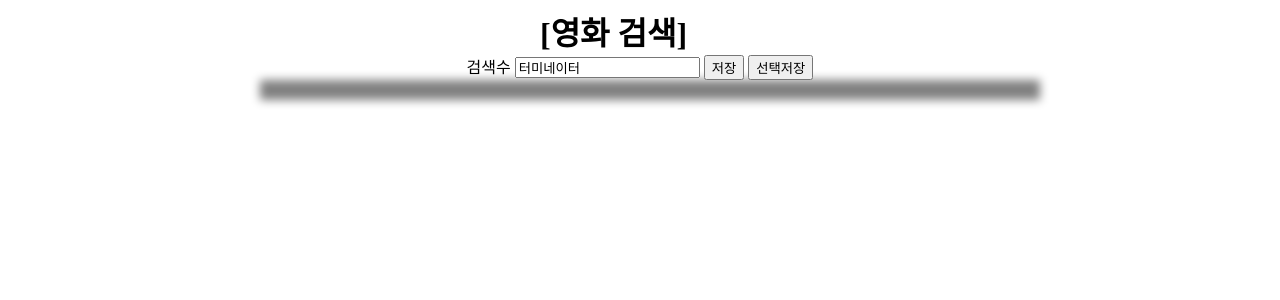
Repository: odasd/Ark-html
Page: 20200422/ex20200422/WebContent/ex03.html
An editor plug-in stored every save of this project. The page is shown before and after the next save, followed by the edit.
The browser window is 1280 px wide. The pictures show the whole page.
Some web libraries are served in a nearby version.

Above is the page before, as saved 2020-04-22 05:40:09.

### 20200422/ex20200422/WebContent/ex03.html
<!DOCTYPE html>
<html>
<head>
	<meta charset="UTF-8">
	<title>[영화검색]</title>
	<script src="http://code.jquery.com/jquery-1.9.1.js"></script>
    <script src="https://cdnjs.cloudflare.com/ajax/libs/handlebars.js/3.0.1/handlebars.js"></script>
	<style>
		.title{width:300px;text-overflow:ellipsis;white-space:nowrap;overflow:hidden;}
   .actor{width:200px;text-overflow:ellipsis;white-space:nowrap;overflow:hidden;}
   #tbl{width:760px; background:#A9FFFF;padding:5px; margin:auto;
            overflow:hidden;border-collapse:collapse;
            box-shadow:10px 10px 10px 10px gray;border-radius:10px 10px 10px; margin:auto;}
   h1{width:200px; margin:auto;}
   #search{width:760px; margin:auto;}
    .header{width:760px; margin:auto; font-size:25px; text-align:center;

          background:#6799FF; color:white;}
   tr td{border:2px solid #D4F4FA; margin:auto;}
   tr:hover{background:#DF4D4D; color:white;}
   #search{margin:auto;float:center; margin:auto; float:center; text-align:center;}
   #header{background:black; color:gray; margin:auto;}
	</style>
</head>
<body>
	<h1>[영화 검색]</h1>
	<div id="search">
		검색수 <span id="total"></span>
		<input type="text" id=txtSearch value="터미네이터">
		<input type="button" id="btnSearch" value="저장">
		<input type="button" id="btnSave" value="선택저장">
	</div>
	<table id="tbl"></table>
	<script id="temp" type="text/x-handlebars-template">
			<tr id=header>
				<td><input type="checkbox" id=chkAll></td>
				<th>제목</th>
				<th>주연배우</th>
				<th>저장</th>
			</tr>
		{{#each items}}

			<tr class=row>
				<td><input type="checkbox" class=chk></td>
				<td><div class=title>{{{title}}}</div></td>
				<td><div class=actor>{{{actor}}}</div></td>
				<td><button>저장</button></td>
			</tr>
		{{/each}}
	</script>
</body>
<script>
	var display=10;
	var start=1;
	getlist();

	$("#btnSearch").on("click", function(){
		getlist();
	});

	$("#txtSearch").keydown(function(key){
		if(key.keyCode==13){
		getlist();
	}
	});

	function getlist(){

		var query=$("#txtSearch").val();

		$.ajax({
			type:"get",
			url:"movie.jsp",
			data:{"query": query, "display" : display, "start": start},
			dataType:"json",
			success:function(data){
			var temp = Handlebars.compile($("#temp").html());
            $("#tbl").html(temp(data));
			}
		});
	}
</script>
</html>

After the next save:
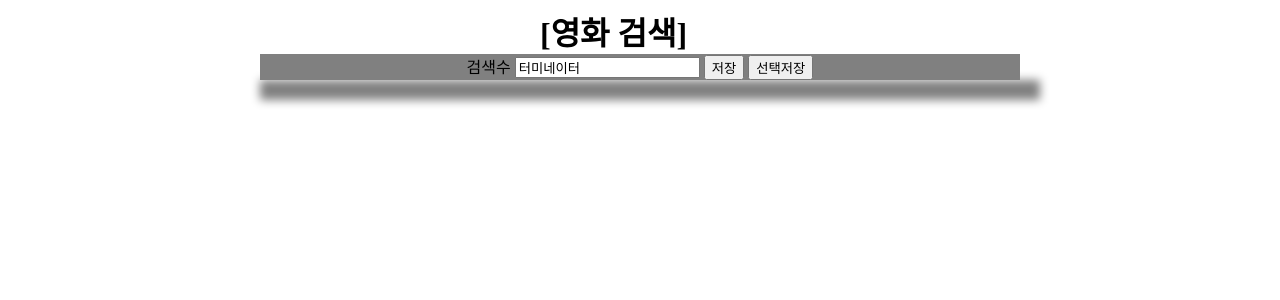
Saved 3 min 24 s later.
--- a/20200422/ex20200422/WebContent/ex03.html
+++ b/20200422/ex20200422/WebContent/ex03.html
@@ -18,7 +18,7 @@
           background:#6799FF; color:white;}
    tr td{border:2px solid #D4F4FA; margin:auto;}
    tr:hover{background:#DF4D4D; color:white;}
-   #search{margin:auto;float:center; margin:auto; float:center; text-align:center;}
+   #search{margin:auto;float:center; margin:auto; float:center; text-align:center; background:gray;}
    #header{background:black; color:gray; margin:auto;}
 	</style>
 </head>
